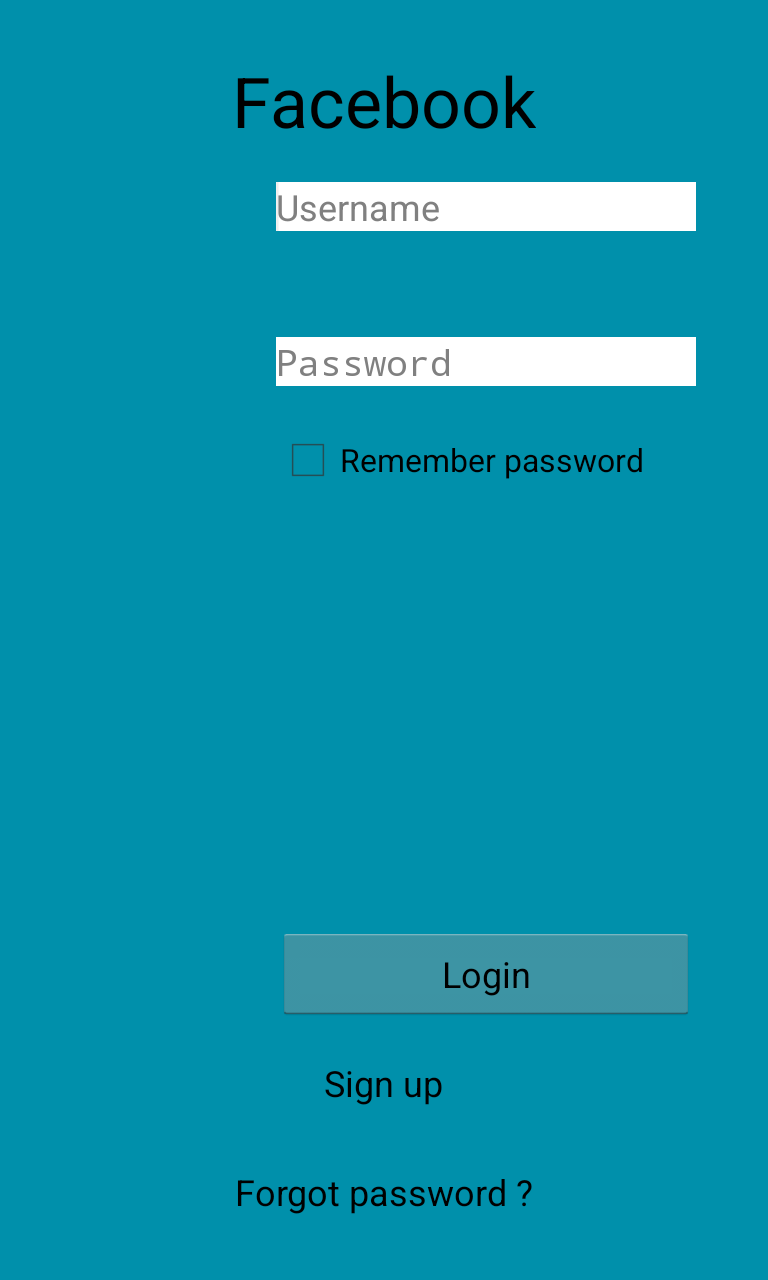
Repository: bharatpu/AndroidProject
Layout: Login/res/layout/manactivity.xml
These files come from the project's save history. The layout is drawn as it stood at one moment and after the next save; the edit follows.
It is drawn on a 768 x 1280 px phone screen (xhdpi) without system bars, with theme AppTheme; the app's code is not run.

Above is the layout before, as saved 2016-01-28 06:23:35.

After the next save:
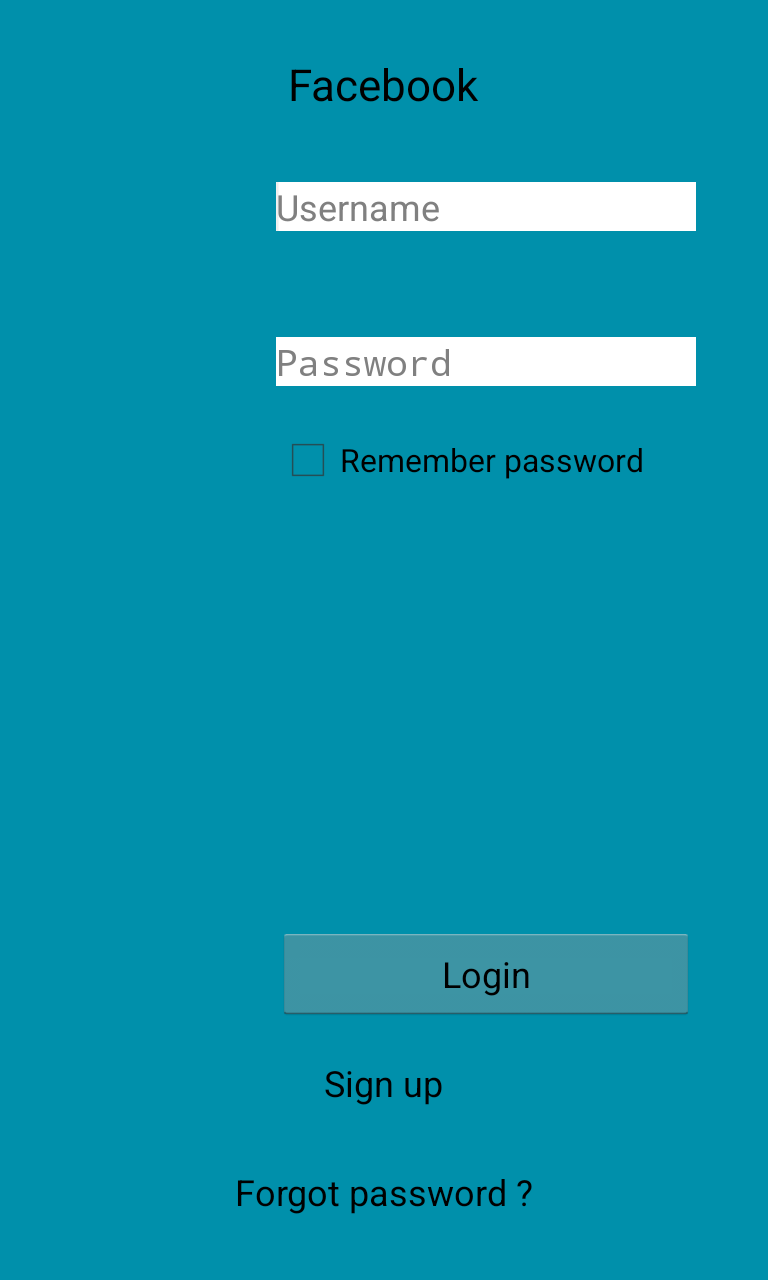
Saved 77 s later.
--- a/Login/res/layout/manactivity.xml
+++ b/Login/res/layout/manactivity.xml
@@ -79,6 +79,6 @@
         android:layout_marginTop="27dp"
         android:text="Facebook"
         android:textAppearance="?android:attr/textAppearanceLarge"
-        android:textSize="35" />
+        />
 
 </RelativeLayout>
